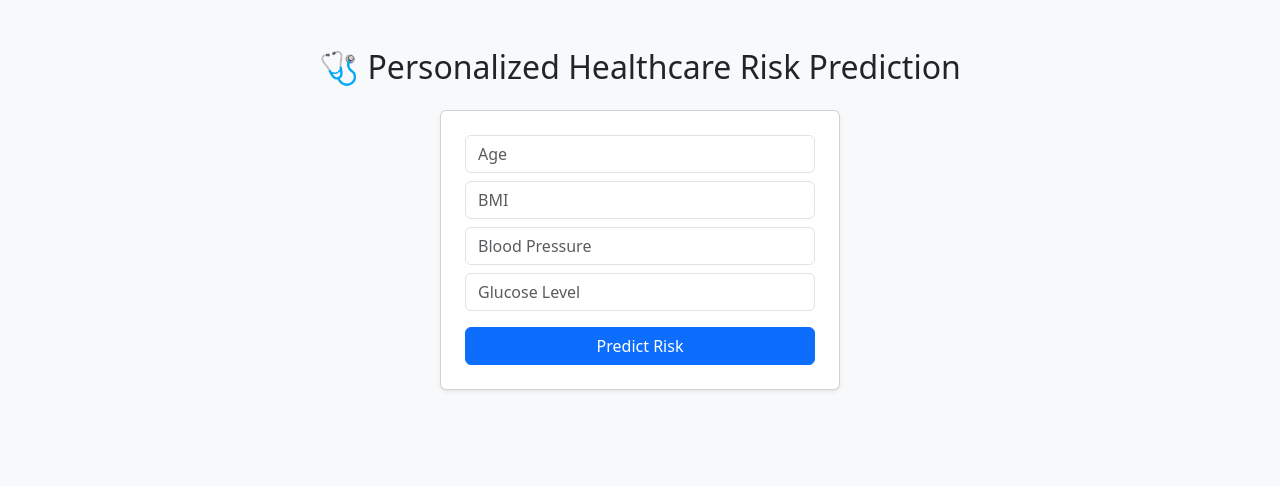
Repository: vipinsamy-sys/ML-health_tracker
Page: http://localhost/
These files come from the project's save history. The page is drawn as it stood at one moment and after the next save; the edit follows.
The browser window is 1280 px wide. The pictures show the whole page.
The page is served by the project's application, run on Flask 3 (app.py).

Above is the page before, as saved 2025-10-31 00:39:48.

After the next save:
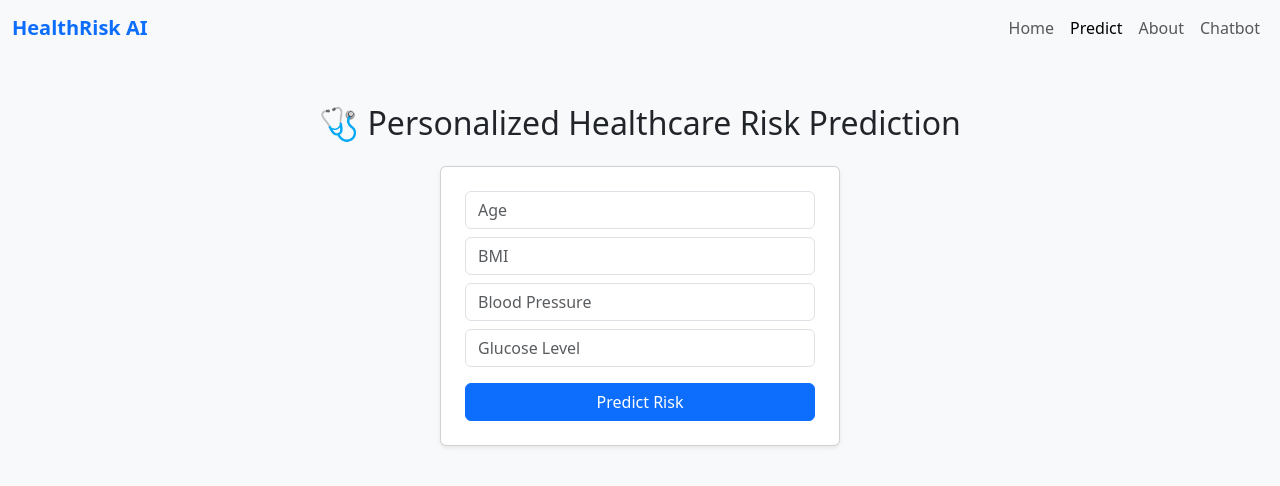
Saved 3 min 48 s later.
--- a/templates/index.html
+++ b/templates/index.html
@@ -5,6 +5,23 @@
   <title>Predict - HealthRisk AI</title>
   <link rel="stylesheet" href="https://cdn.jsdelivr.net/npm/bootstrap@5.3.0/dist/css/bootstrap.min.css">
 </head>
+ <!-- Navbar -->
+  <nav class="navbar navbar-expand-lg navbar-light">
+    <div class="container-fluid">
+      <a class="navbar-brand fw-bold text-primary" href="index.html">HealthRisk AI</a>
+      <button class="navbar-toggler" type="button" data-bs-toggle="collapse" data-bs-target="#navbarNav" aria-controls="navbarNav">
+        <span class="navbar-toggler-icon"></span>
+      </button>
+      <div class="collapse navbar-collapse" id="navbarNav">
+        <ul class="navbar-nav ms-auto">
+          <li class="nav-item"><a class="nav-link" href="index.html">Home</a></li>
+          <li class="nav-item"><a class="nav-link active" href="predict.html">Predict</a></li>
+          <li class="nav-item"><a class="nav-link" href="about.html">About</a></li>
+          <li class="nav-item"><a class="nav-link" href="#" onclick="openChatbot();return false;">Chatbot</a></li>
+        </ul>
+      </div>
+    </div>
+  </nav>
 <body class="bg-light">
   <div class="container text-center mt-5">
     <h2 class="mb-4">🩺 Personalized Healthcare Risk Prediction</h2>
